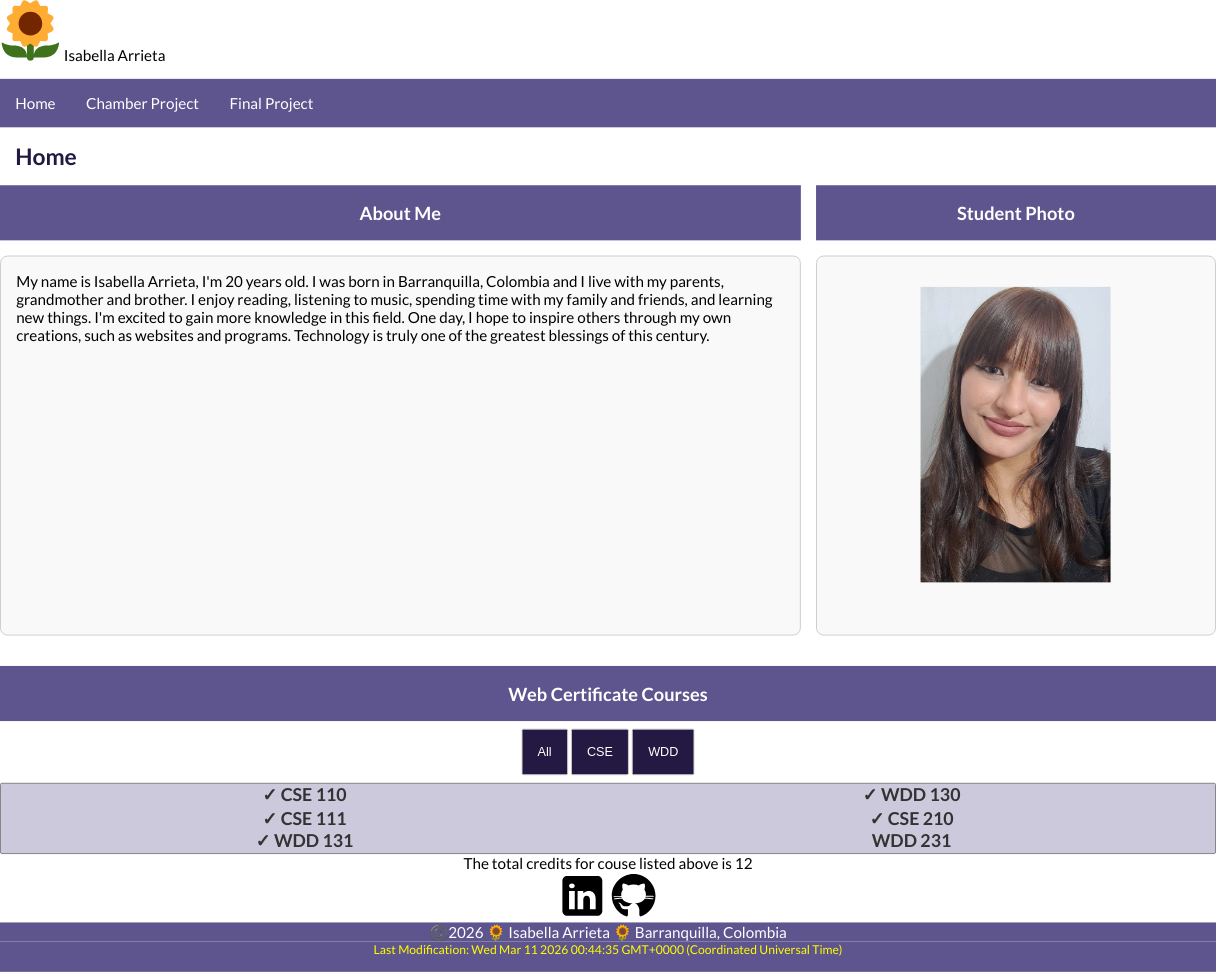
Repository: isaAJ05/wdd231
Page: index.html
An editor plug-in stored every save of this project. The page is shown before and after the next save, followed by the edit.
The browser window is 1280 px wide. The pictures show the whole page, at 95% of full size.
Some web fonts or font styles are not loaded; a fallback is used.

Above is the page before, as saved 2026-03-11 01:05:32.

### index.html
<!DOCTYPE html>
<html lang="en">
<head>
    <meta charset="UTF-8">
    <meta name="viewport" content="width=device-width, initial-scale=1.0">
    <title>WDD 231 – Web Frontend Development I – Isabella Arrieta</title>
    <meta name="description" content="WDD 231 – Web Frontend Development I Isabella Arrieta, This is a page about me">
    <meta name="author" content="Isabella Arrieta">
    <link rel="stylesheet" href="styles/normalize.css">
    <link rel="preconnect" href="https://fonts.googleapis.com">
    <link rel="preconnect" href="https://fonts.gstatic.com" crossorigin>
    <link href="https://fonts.googleapis.com/css2?family=Lato:ital,wght@0,100;0,300;0,400;0,700;0,900;1,100;1,300;1,400;1,700;1,900&family=Open+Sans:ital,wght@0,300..800;1,300..800&family=Play:wght@400;700&family=Raleway:ital,wght@0,100..900;1,100..900&display=swap" rel="stylesheet">
    <script src="scripts/getdates.js" defer></script>
    <script src="scripts/hamburguer.js" defer></script>
    <script src="scripts/courses.js" defer></script>
</head>
<body>
    <header>
        <div class="title">
            <img src="images/sunflower-svgrepo-com.svg" alt="Isabella Arrieta logo">
            <span>Isabella Arrieta</span>
        </div>
        <button id="menu" aria-label="Open menu"></button>
        <nav>
            <ul class="navigation">
			<li><a href="index.html">Home</a></li>
			<li><a href="#" class="chamber">Chamber Project</a></li>
			<li><a href="#" class="final">Final Project</a></li>
		</ul>
        </nav>
    </header>
    <main>
        <h1>Home</h1>
        <section>
         <div class="rectangle">
            <h2>About Me</h2>
            </div>
        <div class="card">
            <p>My name is Isabella Arrieta, I'm 20 years old. I was born in Barranquilla, Colombia and I live with my parents, grandmother and brother. I enjoy reading, listening to music, spending time with my family and friends, and learning new things. I'm excited to gain more knowledge in this field. One day, I hope to inspire others through my own creations, such as websites and programs. Technology is truly one of the greatest blessings of this century.</p>
        </div>
        </section>
        <section>
            <div class="rectangle">
                <h2>Student Photo</h2>
            </div>
            <div class="card">
                <img src="images/isa.jpg" alt="Isabella Arrieta picture">
            </div>
        </section>
        <section>
            <div class="rectangle">
                <h2>Web Certificate Courses</h2>
            </div>
            <div class="course-buttons">
                <button id="all">All</button>
                <button id="cse">CSE</button>
                <button id="wdd">WDD</button>
            </div>
            <div id="courses"></div>
            <p>The total credits for couse listed above is <span id="totalCredits"></span></p>

        </section>
    </main>
    <footer>
        <div class ="icons">
                <a href="https://www.linkedin.com/in/isabella-arrieta/" target="_blank"><img src="images/icons8-linkedin.svg" alt="LinkedIn icon"></a>
                <a href="https://github.com/isaaj05" target="_blank"><img src="images/icons8-github.svg" alt="GitHub icon"></a>
        </div>
        <p>
            ©️<span id="currentyear"></span> 🌻 Isabella Arrieta 🌻 Barranquilla, Colombia
        </p>
        <p class="last-modified">
            <span id="lastModified"></span>
        </p>
    </footer>

</body>
</html>

### styles/normalize.css
:root {
    --primary-color: #231942;
    --secondary-color: #5e548e;
    --font: "Lato", sans-serif;
}
* {
	margin: 0;
	padding: 0;
	box-sizing: border-box;
}
body{
	font-family: var(--font);
}
h1 {
	text-align: left;
	color: var(--primary-color);
	font-size: 1.5rem;
	margin-left: 1rem;
	position: left;
}

h2 {
	font-size: 1.2rem;
	color: #fff;
	text-align: center;
	margin: 1rem;
	}
header {
    position: relative;

}
nav {
	margin: 1rem auto;
}

/* small view navigation */
#menu {
	font-size: 1.5rem;
	border: 0;
	background: none;
	color: #000;
 	position: absolute;
  top: 1rem;
	right: 1rem;
}

#menu::before {
	content: "☰";
}

#menu.open::before {
	content: "✖️";
}

.navigation {
	display: flex;
	flex-direction: column;
	list-style: none;
	background-color: var(--secondary-color);
	color: #fff;
}

.navigation a {
	display: none;
	padding: 1rem;
	text-align: center;
	text-decoration: none;
	color: #fff;
}
.navigation a:hover {
	background-color: #bbb;
	color: #333;
	font-weight: 700;
}

/* when the button is clicked - the open class is toggled (added/removed) */
.open a {
	display: block;
}

.active::before {
	content: "📍";  /* just a wayfinding symbol for the user */
}

.card {
	border: 1px solid #ccc;
	border-radius: 8px;
	padding: 1rem;
	margin: 1rem auto;
	height: 400px;
	background-color: #f9f9f9;
}


.rectangle{
	padding: 0.1rem;
	background-color: var(--secondary-color);

}

.card img{
	width: 200px;
	height: auto;
	display: block;
	margin: 1rem auto;
}
#all, #cse , #wdd {
	background-color: var(--primary-color);
	color: #fff;
	cursor: pointer;
	border: 1px solid #ccc;
	border-radius: 2px;
	padding:  1rem;
	margin-top: 0.5rem;
	margin-bottom: 0.5rem;

}

#all:hover, #cse:hover , #wdd:hover {
	background-color: #ccc9dc;
    cursor: pointer;
	border: 1px solid gray;
	border-radius: 2px;
	color: #333;
	font-weight: 700;
}
#courses{
	display: grid;
	grid-template-columns: 1fr 1fr;

	background-color: #ccc9dc;
    cursor: pointer;
	border: 1px solid gray;
	border-radius: 2px;
	color: #333;
	font-weight: 700;
	height: 75px;
}
footer {
    color:  #fff;
    text-align: center;
}
footer p {
    background: var(--secondary-color);
}
.last-modified {
    font-size: 0.8rem;
    color: yellow;
	padding-bottom: 1rem;
}

/* large view navigation ************************************/
@media (min-width: 37.5em) {

	 main {
        display: grid;
        grid-template-columns: 2fr 1fr;
        gap: 1rem;

    }

    main h1 {
        grid-column: 1 / -1;
    }

	main section:last-of-type {
    grid-column: 1 / -1;
	text-align: center;
    }

	#menu {
		display: none; /* hide hamburger button */
	}

	.navigation {
		flex-direction: row;
	}

	.navigation a {
		display: block;
		flex: 1 1 100%;
	}

}

### scripts/getdates.js
const year = document.querySelector("#currentyear");
const today = new Date();
year.innerHTML = `<span class="highlight">${today.getFullYear()}</span>`;
const lastMod = document.querySelector("#lastModified");
let oLastModif = new Date(document.lastModified);
lastMod.innerHTML = `Last Modification: <span class="highlight">${oLastModif}</span>`;

### scripts/hamburguer.js
const hamButton = document.querySelector('#menu');
const navigation = document.querySelector('.navigation');
const title = document.querySelector('.title');

hamButton.addEventListener('click', () => {
	navigation.classList.toggle('open');
    hamButton.classList.toggle('open');
    title.classList.toggle('open');
});

### scripts/courses.js
// here we select the elements we need to interact with
const courseContainer = document.querySelector("#courses"); // container for the course cards
const totalCredits = document.querySelector("#totalCredits"); // element to display total credits
// buttons to filter courses
const allBtn = document.querySelector("#all");
const cseBtn = document.querySelector("#cse");
const wddBtn = document.querySelector("#wdd");
// array given by the university with all the courses in the web certificate program
const courses = [
    {
        subject: 'CSE',
        number: 110,
        title: 'Introduction to Programming',
        credits: 2,
        certificate: 'Web and Computer Programming',
        description: 'This course will introduce students to programming. It will introduce the building blocks of programming languages (variables, decisions, calculations, loops, array, and input/output) and use them to solve problems.',
        technology: [
            'Python'
        ],
        completed: true
    },
    {
        subject: 'WDD',
        number: 130,
        title: 'Web Fundamentals',
        credits: 2,
        certificate: 'Web and Computer Programming',
        description: 'This course introduces students to the World Wide Web and to careers in web site design and development. The course is hands on with students actually participating in simple web designs and programming. It is anticipated that students who complete this course will understand the fields of web design and development and will have a good idea if they want to pursue this degree as a major.',
        technology: [
            'HTML',
            'CSS'
        ],
        completed: true
    },
    {
        subject: 'CSE',
        number: 111,
        title: 'Programming with Functions',
        credits: 2,
        certificate: 'Web and Computer Programming',
        description: 'CSE 111 students become more organized, efficient, and powerful computer programmers by learning to research and call functions written by others; to write, call , debug, and test their own functions; and to handle errors within functions. CSE 111 students write programs with functions to solve problems in many disciplines, including business, physical science, human performance, and humanities.',
        technology: [
            'Python'
        ],
        completed: true
    },
    {
        subject: 'CSE',
        number: 210,
        title: 'Programming with Classes',
        credits: 2,
        certificate: 'Web and Computer Programming',
        description: 'This course will introduce the notion of classes and objects. It will present encapsulation at a conceptual level. It will also work with inheritance and polymorphism.',
        technology: [
            'C#'
        ],
        completed: true
    },
    {
        subject: 'WDD',
        number: 131,
        title: 'Dynamic Web Fundamentals',
        credits: 2,
        certificate: 'Web and Computer Programming',
        description: 'This course builds on prior experience in Web Fundamentals and programming. Students will learn to create dynamic websites that use JavaScript to respond to events, update content, and create responsive user experiences.',
        technology: [
            'HTML',
            'CSS',
            'JavaScript'
        ],
        completed: true
    },
    {
        subject: 'WDD',
        number: 231,
        title: 'Frontend Web Development I',
        credits: 2,
        certificate: 'Web and Computer Programming',
        description: 'This course builds on prior experience with Dynamic Web Fundamentals and programming. Students will focus on user experience, accessibility, compliance, performance optimization, and basic API usage.',
        technology: [
            'HTML',
            'CSS',
            'JavaScript'
        ],
        completed: false
    }
]
// function to display the courses on the page
function displayCourses(courseList) {
    courseContainer.innerHTML = ""; // clear the container before adding new courses

    courseList.forEach(course => {
        const card = document.createElement("div"); // create a card for each course
        card.classList.add("course-card");

        if (course.completed) {
            card.classList.add("completed");// add a class to indicate the course is completed
        }

        card.innerHTML = `
            <h3>${course.completed ? '✓' : ''} ${course.subject} ${course.number}</h3>
        `;

        courseContainer.appendChild(card); // add the card to the container
    });

    calculateCredits(courseList);
}
function calculateCredits(courseList) {
    const total = courseList.reduce((sum, course) => sum + course.credits, 0); // calculate the total credits by summing the credits of all courses in the list
    totalCredits.textContent = total;
}

allBtn.addEventListener("click", () => {
    displayCourses(courses);
});

cseBtn.addEventListener("click", () => {
    const cseCourses = courses.filter(course => course.subject === "CSE");
    displayCourses(cseCourses);
});

wddBtn.addEventListener("click", () => {
    const wddCourses = courses.filter(course => course.subject === "WDD");
    displayCourses(wddCourses);
});

displayCourses(courses);

After the next save:
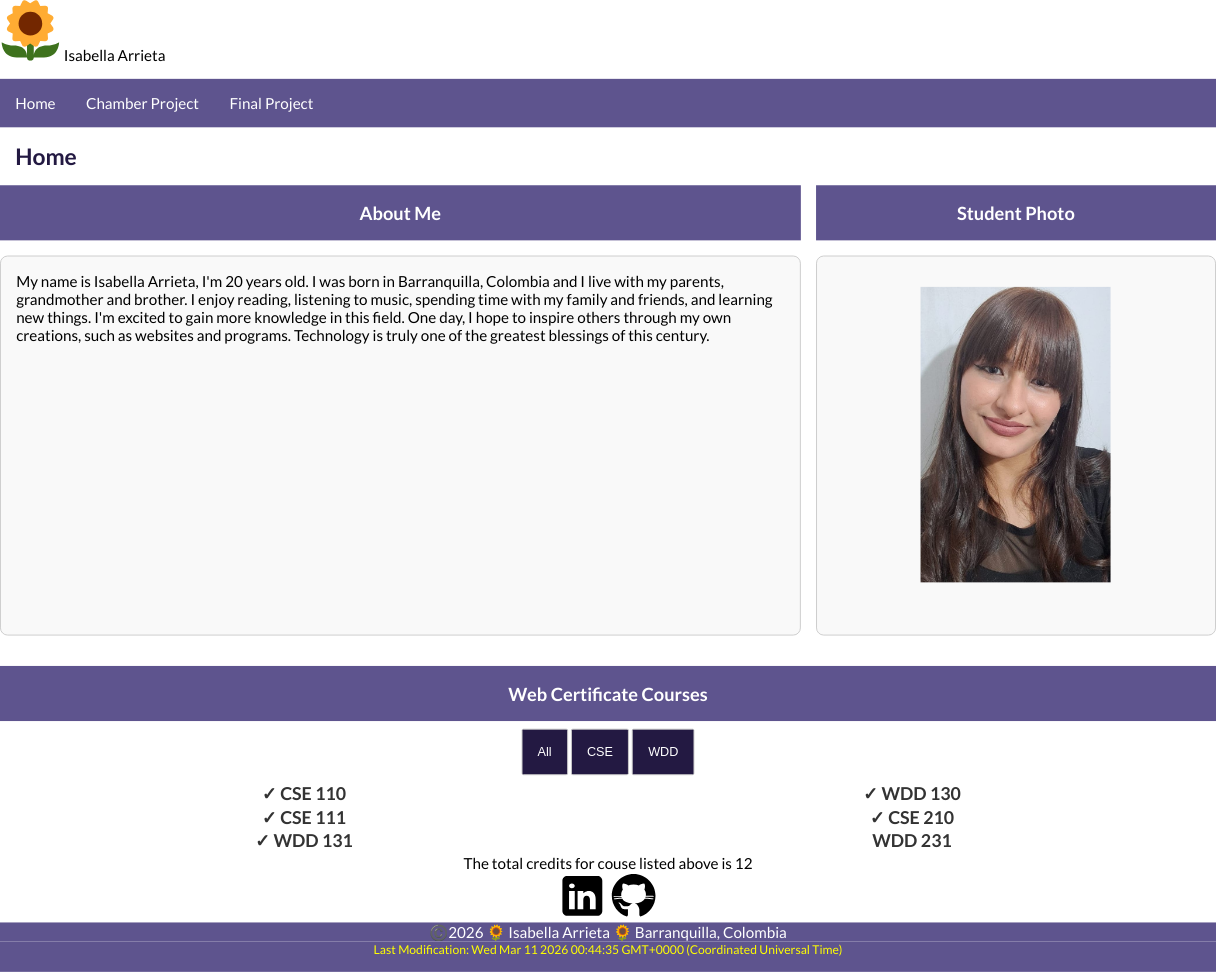
Saved 57 s later.
--- a/styles/normalize.css
+++ b/styles/normalize.css
@@ -128,10 +128,6 @@
 	display: grid;
 	grid-template-columns: 1fr 1fr;
 
-	background-color: #ccc9dc;
-    cursor: pointer;
-	border: 1px solid gray;
-	border-radius: 2px;
 	color: #333;
 	font-weight: 700;
 	height: 75px;

After the save that followed:
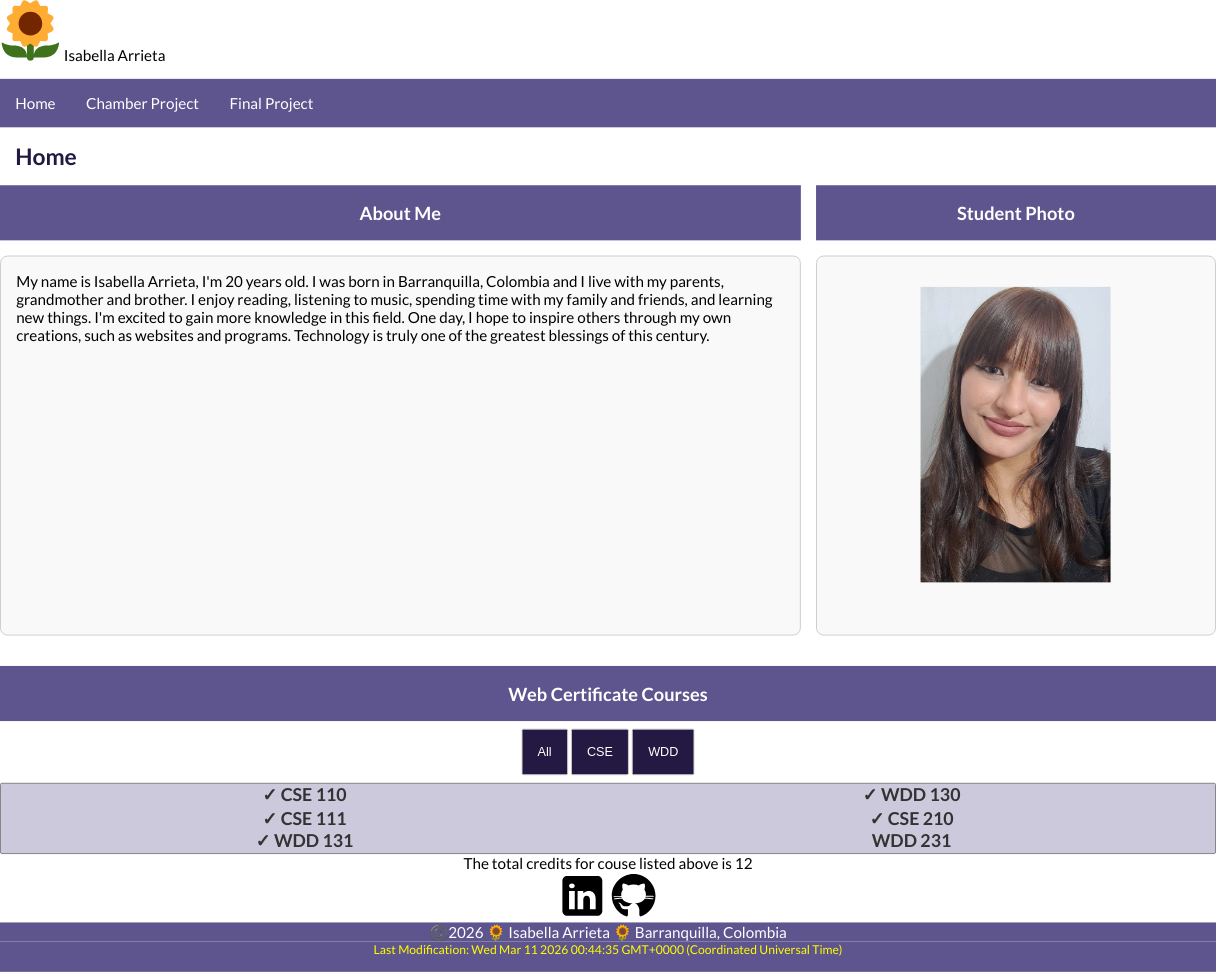
Saved 5 s later.
--- a/styles/normalize.css
+++ b/styles/normalize.css
@@ -128,6 +128,10 @@
 	display: grid;
 	grid-template-columns: 1fr 1fr;
 
+	background-color: #ccc9dc;
+    cursor: pointer;
+	border: 1px solid gray;
+	border-radius: 2px;
 	color: #333;
 	font-weight: 700;
 	height: 75px;
